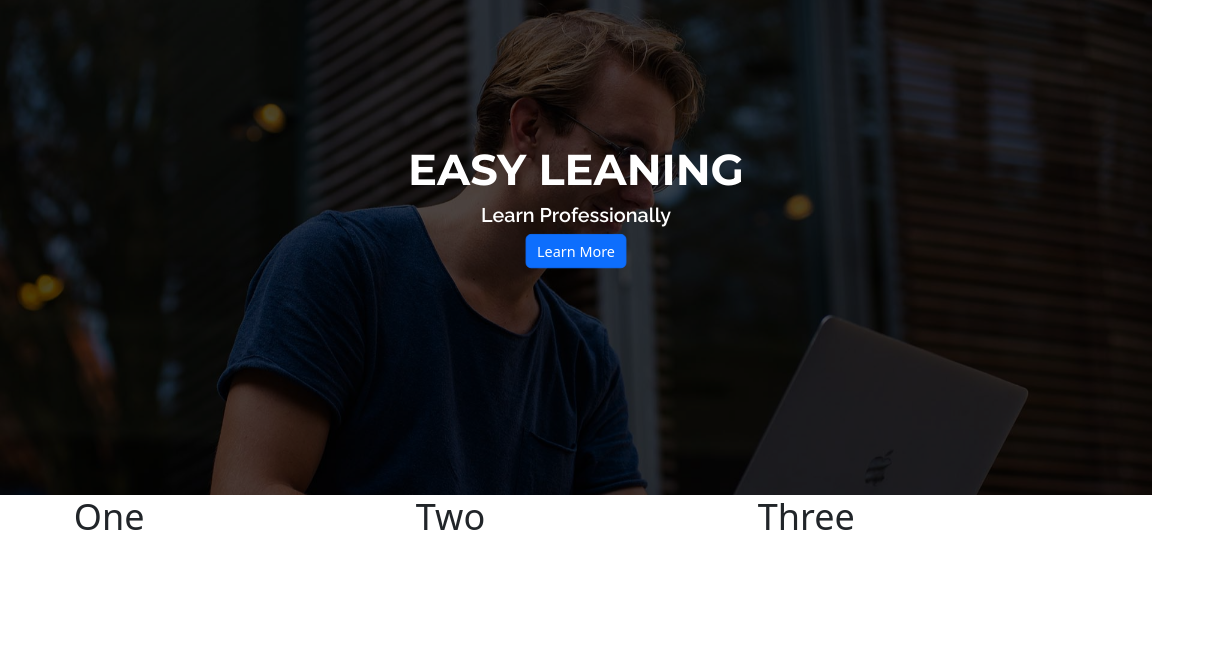
Repository: masamichan/free_video_app
Page: /
The author's editor kept a copy of each file at every save. The page is drawn from the files as they stood at one save, then again after a run of saves.
The browser window is 1280 px wide. The page is 1280 px wide, then 1354 px, so the pictures cover 1354 px, including what lies to the right of the window. The pictures show the whole page, at 90% of full size.
Backgrounds fixed to the window are drawn as part of the page. The project was rebuilt for these pictures with package versions that can differ from the ones it lists, and the page was loaded fresh each time.

Above is the page before, as saved 2023-01-22 11:08:44.

### public/index.html
<!DOCTYPE html>
<html lang="en">
  <head>
    <meta charset="utf-8" />
    <link rel="icon" href="%PUBLIC_URL%/icon.png" />
    <meta name="viewport" content="width=device-width, initial-scale=1" />
    <meta name="theme-color" content="#000000" />
    <meta
      name="description"
      content="Web site created using create-react-app"
    />

    <link rel="manifest" href="%PUBLIC_URL%/manifest.json" />

    <link rel="preconnect" href="https://fonts.googleapis.com">
    <link rel="preconnect" href="https://fonts.gstatic.com" crossorigin>
    <link
      href="https://fonts.googleapis.com/css2?family=Montserrat:wght@400;700;800&family=Raleway:wght@300;400;600;700&display=swap"
      rel="stylesheet">

    <title>Easy Leaning</title>
  </head>
  <body>
    <noscript>You need to enable JavaScript to run this app.</noscript>
    <div style="width: 100%;" id="root"></div>

  </body>
</html>

### src/App.js
import React from "react";
import Services from "./components/Services/Services";
import { TopBanner } from "./components/TopBanner/TopBanner";

function App() {
  return (
    <div>
      <TopBanner />
      <Services />
    </div>
  );
}

export default App;

### src/components/Services/Services.jsx
import React, { Component, Fragment } from "react";
import { Col, Container, Row } from "react-bootstrap";

export class Services extends Component {
  render() {
    return (
      <Fragment>
        <Container>
          <Row>
            <Col lg={4} md={6} sm={12}>
              <h1>One</h1>
            </Col>
            <Col lg={4} md={6} sm={12}>
              <h1>Two</h1>
            </Col>
            <Col lg={4} md={6} sm={12}>
              <h1>Three</h1>
            </Col>
          </Row>
        </Container>
      </Fragment>
    );
  }
}

export default Services;

### src/components/TopBanner/TopBanner.jsx
import React, { Component, Fragment } from "react";
import { Button, Col, Container, Row } from "react-bootstrap";
import "../../asset/css/custom.css";
import "../../asset/css/bootstrap.css";

export class TopBanner extends Component {
  render() {
    return (
      <Fragment>
        <Container fluid={true} className="topFixedBanner p-0">
          <div className="topBannerOverlay">
            <Container className="topContent">
              <Row>
                <Col className="text-center">
                  <h1 className="topTitle">EASY LEANING</h1>
                  <h4 className="topSubTitle">Learn Professionally</h4>
                  <Button variant="primary">Learn More</Button>
                </Col>
              </Row>
            </Container>
          </div>
        </Container>
      </Fragment>
    );
  }
}

export default TopBanner;

### src/asset/css/custom.css
.topFixedBanner {
  background-image: url("../image/banner.jpg");
  min-height: 550px;
  background-attachment: fixed;
  background-position: center;
  background-repeat: no-repeat;
  background-size: cover;
}
.topBannerOverlay {
  position: absolute;
  min-height: 550px;
  width: 100%;
  background: rgb(0, 0, 0, 0.7);
}

.topContent {
  margin-top: 10em;
}

.topTitle {
  font-family: "Montserrat", sans-serif;
  font-weight: 700;
  color: #ffffff;
  font-size: 48px;
}

.topSubTitle {
  font-family: "Raleway", san-serif;
  font-weight: 600;
  color: #ffffff;
  font-size: 22px;
}

Loaded but not shown: src/index.js (common file); src/asset/css/bootstrap.css (library)

After the next 3 saves:
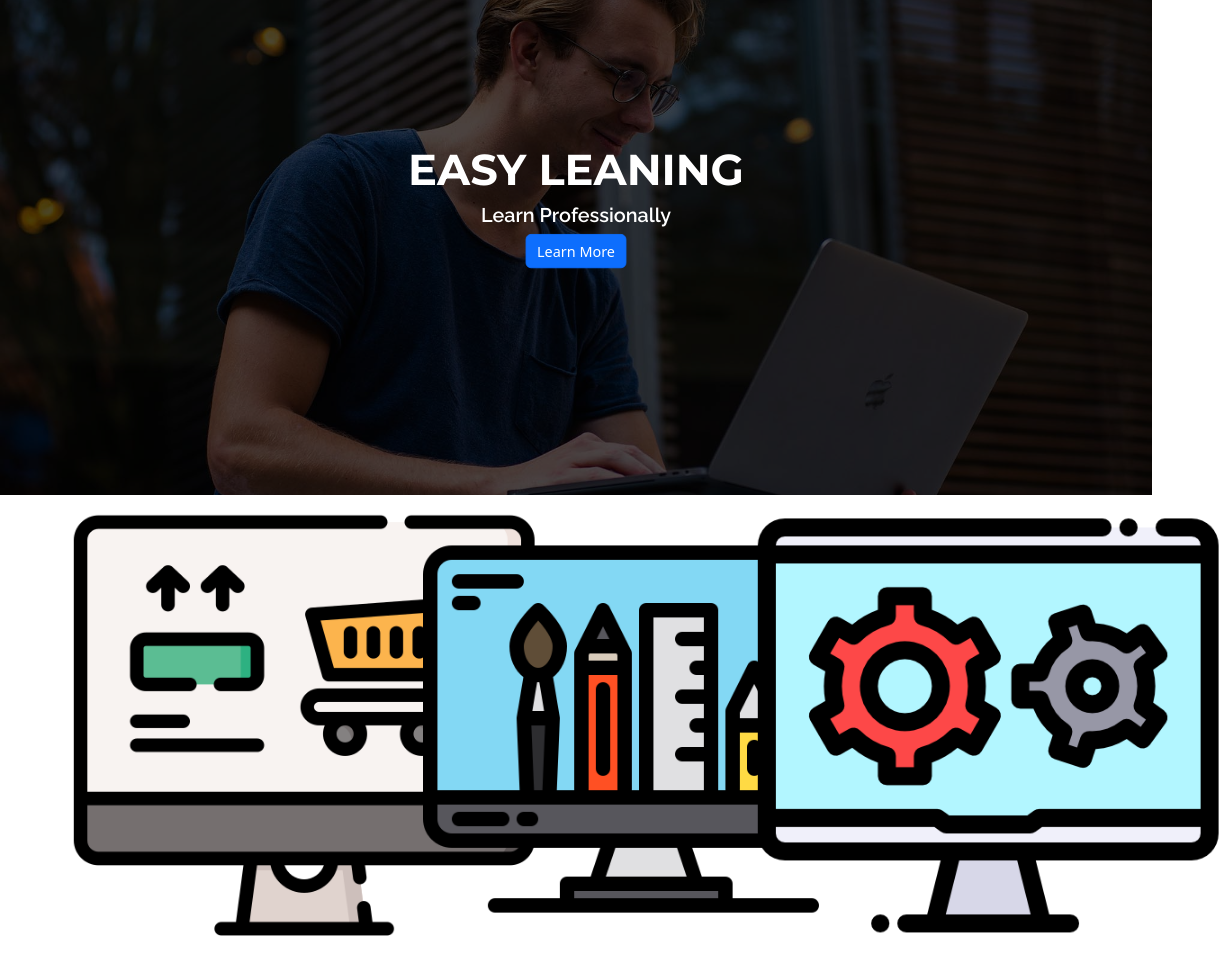
The 3 saves are shown as one change because 2 did not build or start.
The last was saved 22 min 6 s later.
--- a/src/components/Services/Services.jsx
+++ b/src/components/Services/Services.jsx
@@ -1,5 +1,8 @@
 import React, { Component, Fragment } from "react";
 import { Col, Container, Row } from "react-bootstrap";
+import designIcon from "../../asset/image/design.png";
+import ecommerceIcon from "../../asset/image/ecommerce.png";
+import webIcon from "../../asset/image/web.png";
 
 export class Services extends Component {
   render() {
@@ -8,13 +11,19 @@ export class Services extends Component {
         <Container>
           <Row>
             <Col lg={4} md={6} sm={12}>
-              <h1>One</h1>
+              <div>
+                <img src={ecommerceIcon} />
+              </div>
             </Col>
             <Col lg={4} md={6} sm={12}>
-              <h1>Two</h1>
+              <div>
+                <img src={designIcon} />
+              </div>
             </Col>
             <Col lg={4} md={6} sm={12}>
-              <h1>Three</h1>
+              <div>
+                <img src={webIcon} />
+              </div>
             </Col>
           </Row>
         </Container>
